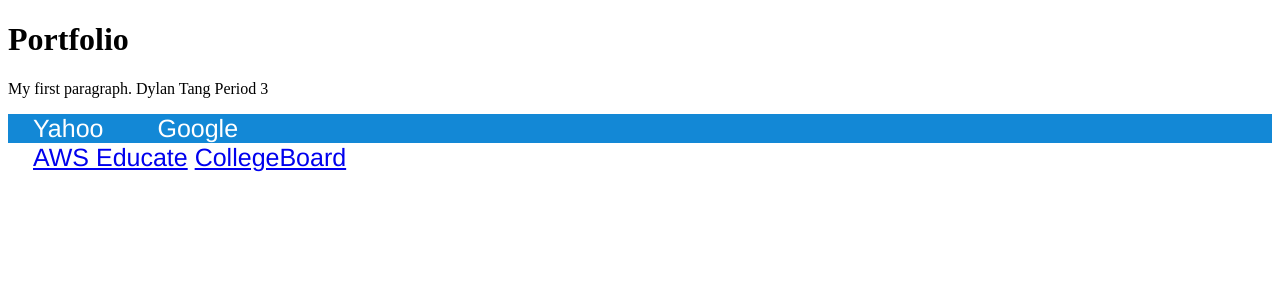
Repository: TangDylan/TangDylan.github.io
Page: index.html
The author's editor kept a record of every edit. The page is drawn from the files as they stood at one moment, then again after the next edit.
The browser window is 1280 px wide. The pictures show the whole page.

Above is the page before.

After the next edit:
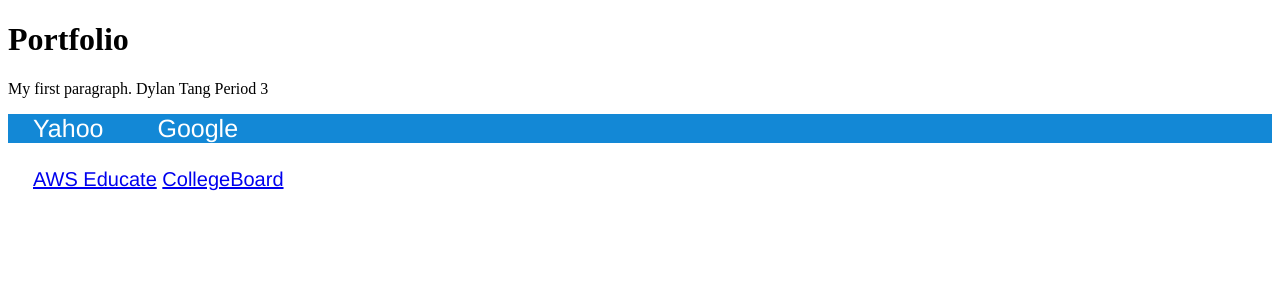
The edit:
--- a/index.html
+++ b/index.html
@@ -16,9 +16,9 @@
                 background-color:#77d5f2
             }
 
-             .morelinks{
-                font-size:25px; color:white; font-family:helvetica; text-decoration:none;
-                padding-left:25px; padding-right:25px; padding-top:16px padding-bottom:16px
+             .morelinks {
+                font-size:20px; color:white; font-family:helvetica; text-decoration:none;
+                padding:25px; padding-right:25px; padding-top:16px padding-bottom:16px
             }
 
 
